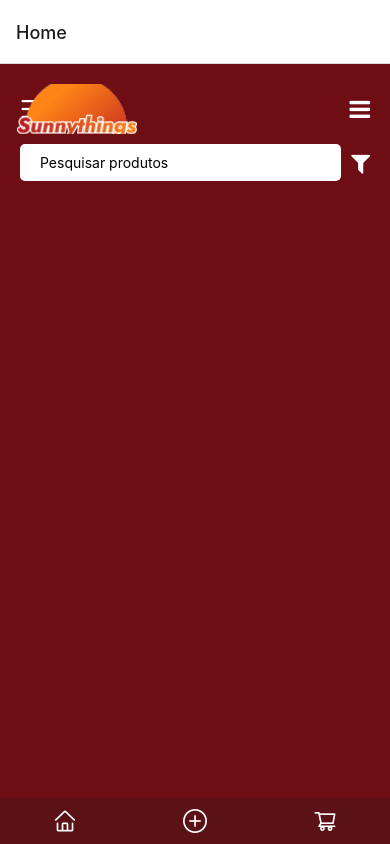
Repository: Luizzzin/SuperMercado
Screen: / (app in suny/)
An editor plug-in stored every save of this project. The screen is shown before and after the next save, followed by the edit.
The app was drawn by React Native's web renderer in a window 390 px wide. The project was rebuilt for these pictures with package versions that can differ from the ones it lists, and the page was loaded fresh each time.

Above is the screen before, as saved 2024-05-09 11:25:06.

After the next save:
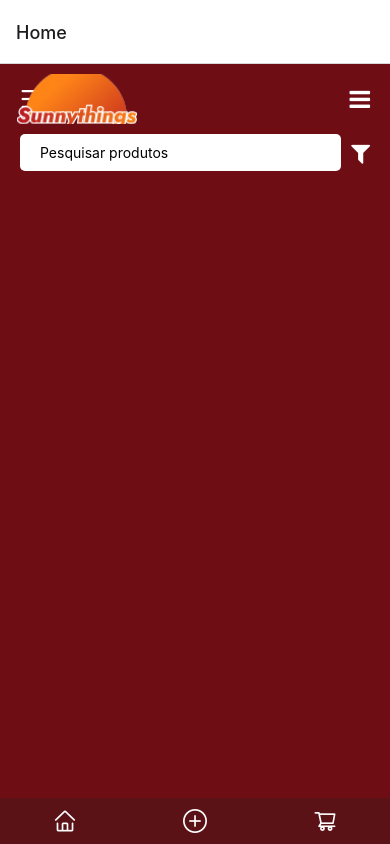
Saved 17 s later.
--- a/suny/HomeScreen.js
+++ b/suny/HomeScreen.js
@@ -63,7 +63,7 @@
     justifyContent: 'space-between',
     alignItems: 'center',
     paddingHorizontal: 20,
-    paddingTop: 20,
+    paddingTop: 10,
   },
   logo: {
     width: 120,
